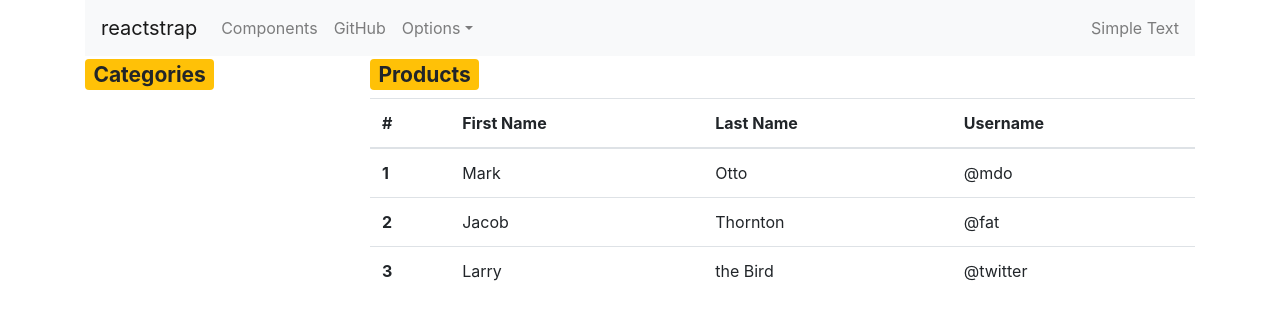
Repository: asarikaya/redux_try_app
Page: /products
These files come from the project's save history. The page is drawn as it stood at one moment and after the next save; the edit follows.
The browser window is 1280 px wide. The pictures show the whole page.
The page's requests for data from a server got no answer. The project was rebuilt for these pictures with package versions that can differ from the ones it lists, and the page was loaded fresh each time. No one was signed in, and anything a server would have sent is missing.

Above is the page before, as saved 2020-02-28 13:50:50.

After the next save:
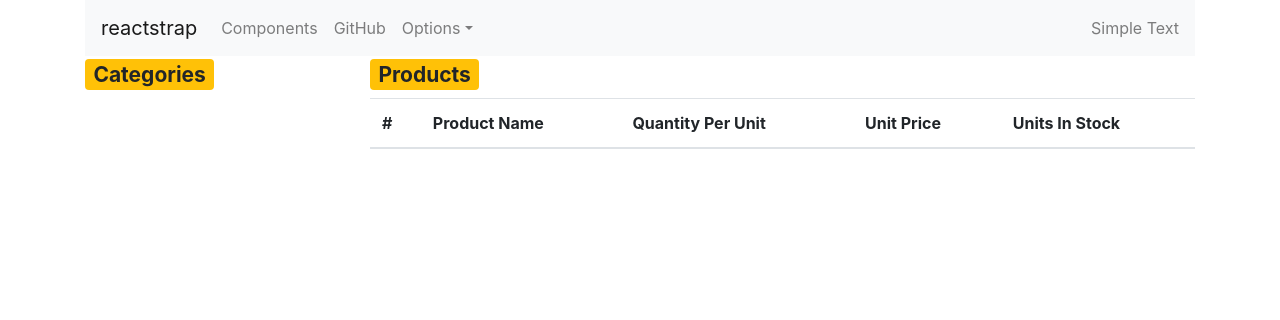
Saved 6 min 24 s later.
--- a/src/components/products/ProductList.js
+++ b/src/components/products/ProductList.js
@@ -22,30 +22,22 @@ class ProductList extends Component {
           <thead>
             <tr>
               <th>#</th>
-              <th>First Name</th>
-              <th>Last Name</th>
-              <th>Username</th>
+              <th>Product Name</th>
+              <th>Quantity Per Unit</th>
+              <th>Unit Price</th>
+              <th>Units In Stock</th>
             </tr>
           </thead>
           <tbody>
-            <tr>
-              <th scope="row">1</th>
-              <td>Mark</td>
-              <td>Otto</td>
-              <td>@mdo</td>
-            </tr>
-            <tr>
-              <th scope="row">2</th>
-              <td>Jacob</td>
-              <td>Thornton</td>
-              <td>@fat</td>
-            </tr>
-            <tr>
-              <th scope="row">3</th>
-              <td>Larry</td>
-              <td>the Bird</td>
-              <td>@twitter</td>
-            </tr>
+            {this.props.products.map(product => (
+              <tr key={product.id}>
+                <th scope="row">{product.id}</th>
+                <td>{product.productName}</td>
+                <td>{product.quantityPerUnit}</td>
+                <td>{product.unitPrice}</td>
+                <td>{product.unitsInStock}</td>
+              </tr>
+            ))}
           </tbody>
         </Table>
       </div>
